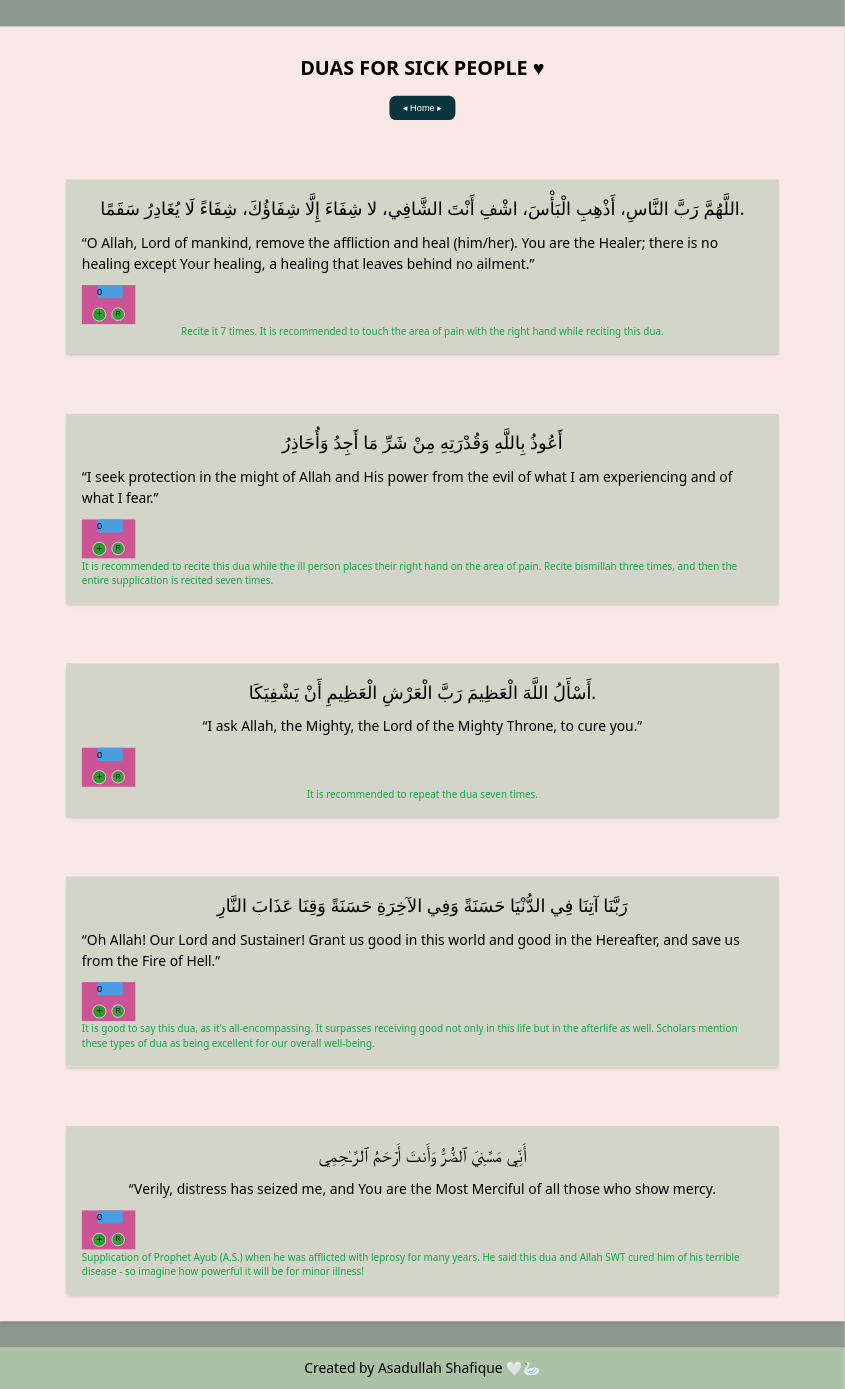
Repository: asadullah48/Duas_Diary
Page: /sick
These files come from the project's save history. The page is drawn as it stood at one moment and after the next save; the edit follows.
The browser window is 1280 px wide. The pictures show the whole page, at 66% of full size.
The project was rebuilt for these pictures with package versions that can differ from the ones it lists, and the page was loaded fresh each time. The framework's server and built-in components were replaced by stand-ins that run in the browser. Also part of the build but not shown: next.config.ts.

Above is the page before, as saved 2024-11-30 10:24:14.

### src/app/layout.tsx
import type { Metadata } from "next";
import localFont from "next/font/local";
import "./globals.css";
import Footer from "../components/footer";

const geistSans = localFont({
  src: "./fonts/GeistVF.woff",
  variable: "--font-geist-sans",
  weight: "100 900",
});
const geistMono = localFont({
  src: "./fonts/GeistMonoVF.woff",
  variable: "--font-geist-mono",
  weight: "100 900",
});

export const metadata: Metadata = {
  title: "Create Next App",
  description: "Generated by create next app",
};

export default function RootLayout({
  children,
}: Readonly<{
  children: React.ReactNode;
}>) {
  return (
    <html lang="en">
      <body
        className={`${geistSans.variable} ${geistMono.variable} antialiased`}
      >
        {children}
        <Footer/>
      </body>
    </html>
  );
}

### src/app/sick/page.tsx
import Link from "next/link";
import LightPinkSection from "@/components/props";
import Button from "@/components/button";

export default function Sick() {
  return (
    <div className="w-full h-auto bg-[#8D988D] flex justify-center items-center py-10">
      <div className="w-[95%] lg:w-[1300px] h-auto bg-[#F9E8E5] p-5 lg:p-10 rounded-md shadow-md">
        <div className="font-sans font-bold text-[24px] lg:text-[30px] text-black text-center mb-5">
          DUAS FOR SICK PEOPLE ♥
        </div>
        <Link href="/">
          <button className="bg-[#0c343d] text-white text-[12px] lg:text-[14px] mt-3 mb-5 mx-auto block rounded-[10px] px-5 py-2">
            ◂ Home ▸
          </button>
        </Link>

        {/* Dua Sections */}
        <LightPinkSection
          paragraph="اللَّهُمَّ رَبَّ النَّاسِ، أَذْهِبِ الْبَأْسَ، اشْفِ أَنْتَ الشَّافِي، لا شِفَاءَ إِلَّا شِفَاؤُكَ، شِفَاءً لَا يُغَادِرُ سَقَمًا."
          paragraph2="“O Allah, Lord of mankind, remove the affliction and heal (him/her). You are the Healer; there is no healing except Your healing, a healing that leaves behind no ailment.”"
          buttonText={<Button />}
          note="Recite it 7 times. It is recommended to touch the area of pain with the right hand while reciting this dua."
        />
        <LightPinkSection
          paragraph="أَعُوذُ بِاللَّهِ وَقُدْرَتِهِ مِنْ شَرِّ مَا أَجِدُ وَأُحَاذِرُ"
          paragraph2="“I seek protection in the might of Allah and His power from the evil of what I am experiencing and of what I fear.”"
          buttonText={<Button />}
          note="It is recommended to recite this dua while the ill person places their right hand on the area of pain. Recite bismillah three times, and then the entire supplication is recited seven times."
        />
        <LightPinkSection
          paragraph="أَسْأَلُ اللَّهَ الْعَظِيمَ رَبَّ الْعَرْشِ الْعَظِيمِ أَنْ يَشْفِيَكَا."
          paragraph2="“I ask Allah, the Mighty, the Lord of the Mighty Throne, to cure you.”"
          buttonText={<Button />}
          note="It is recommended to repeat the dua seven times."
        />
        <LightPinkSection
          paragraph="رَبَّنَا آتِنَا فِي الدُّنْيَا حَسَنَةً وَفِي الآخِرَةِ حَسَنَةً وَقِنَا عَذَابَ النَّارِ"
          paragraph2="“Oh Allah! Our Lord and Sustainer! Grant us good in this world and good in the Hereafter, and save us from the Fire of Hell.”"
          buttonText={<Button />}
          note="It is good to say this dua, as it's all-encompassing. It surpasses receiving good not only in this life but in the afterlife as well. Scholars mention these types of dua as being excellent for our overall well-being."
        />
        <LightPinkSection
          paragraph="أَنِّي مَسَّنِيَ ٱلضُّرُّ وَأَنتَ أَرۡحَمُ ٱلرَّـٰحِمِي"
          paragraph2="“Verily, distress has seized me, and You are the Most Merciful of all those who show mercy."
          buttonText={<Button />}
          note="Supplication of Prophet Ayub (A.S.) when he was afflicted with leprosy for many years. He said this dua and Allah SWT cured him of his terrible disease - so imagine how powerful it will be for minor illness!"
        />
      </div>
    </div>
  );
}

### src/components/footer.tsx
// components/Footer.tsx
export default function Footer() {
    return (
      <footer className="w-full bg-[#acc1a6] py-4">
        <div className="text-center text-black font-sans text-[17px] sm:text-[19px] lg:text-[21px]">
          Created by Asadullah Shafique 🤍🦢
        </div>
      </footer>
    );
  }

### src/components/props.tsx
import { ReactNode } from "react";

type SectionProps = {
  paragraph: string;
  buttonText: ReactNode;
  paragraph2: string;
  note: string; // Allows JSX elements, strings, or components
};

export default function LightPinkSection({
  paragraph,
  buttonText,
  paragraph2,
  note,
}: SectionProps) {
  return (
    <div className="w-[90%] bg-[#2680412f] p-6 rounded-lg mx-auto shadow-md mt-[90px]">
      <p className="text-black text-[27px] font-sans mb-4 flex justify-center">
        {paragraph}
      </p>
      <p className="text-black text-[21px] font-sans mb-4 flex justify-center">
        {paragraph2}
      </p>
      <div>{buttonText}</div>
      <p className="text-green-600 text-[15px] font-sans flex justify-center">
        {note}
      </p>
    </div>
  );
}

### src/components/button.tsx
"use client";

import { useState } from "react";

export default function Button() {
  // hook, event ke against ui ko update krna
  let [count, setcount] = useState(0); //returns array ik element hota hai jese yaha pr 0 hai  ik function aur jo function hota hai woh humari value hoti h
  console.log(count);

  const handleClick = () => {
    setcount(count + 1); //re-renders new value
  };

  const handleReset = () => {
    setcount(0); // reset back to 0
  };

  return (
    <div className="bg-[#c93888d0] w-[81px] h-[59px] flex flex-col items-center justify-between">
      <p className="text-black w-[39px] flex text-sm bg-[#4c9ce2] rounded ml-1">
        {count}
      </p>

      <div className="flex space-x-2 mt-2">
        <button
          onClick={handleClick}
          className="bg-[#2f992f] w-[21px] h-[21px] px-1 py-1 rounded-full border mt-1 mb-1 border-white flex items-center justify-center text-center"
        >
          +
        </button>

        {/* Reset Button */}
        <button
          onClick={handleReset}
          className="bg-[#419641] w-[20px] h-[20px] px-1 py-1 rounded-full border mt-1 mb-1 border-white flex items-center justify-center text-[10px] text-center"
        >
          R
        </button>
      </div>
    </div>
  );
}

Loaded but not shown: src/app/globals.css (common file); tailwind.config.ts (common file)

After the next save:
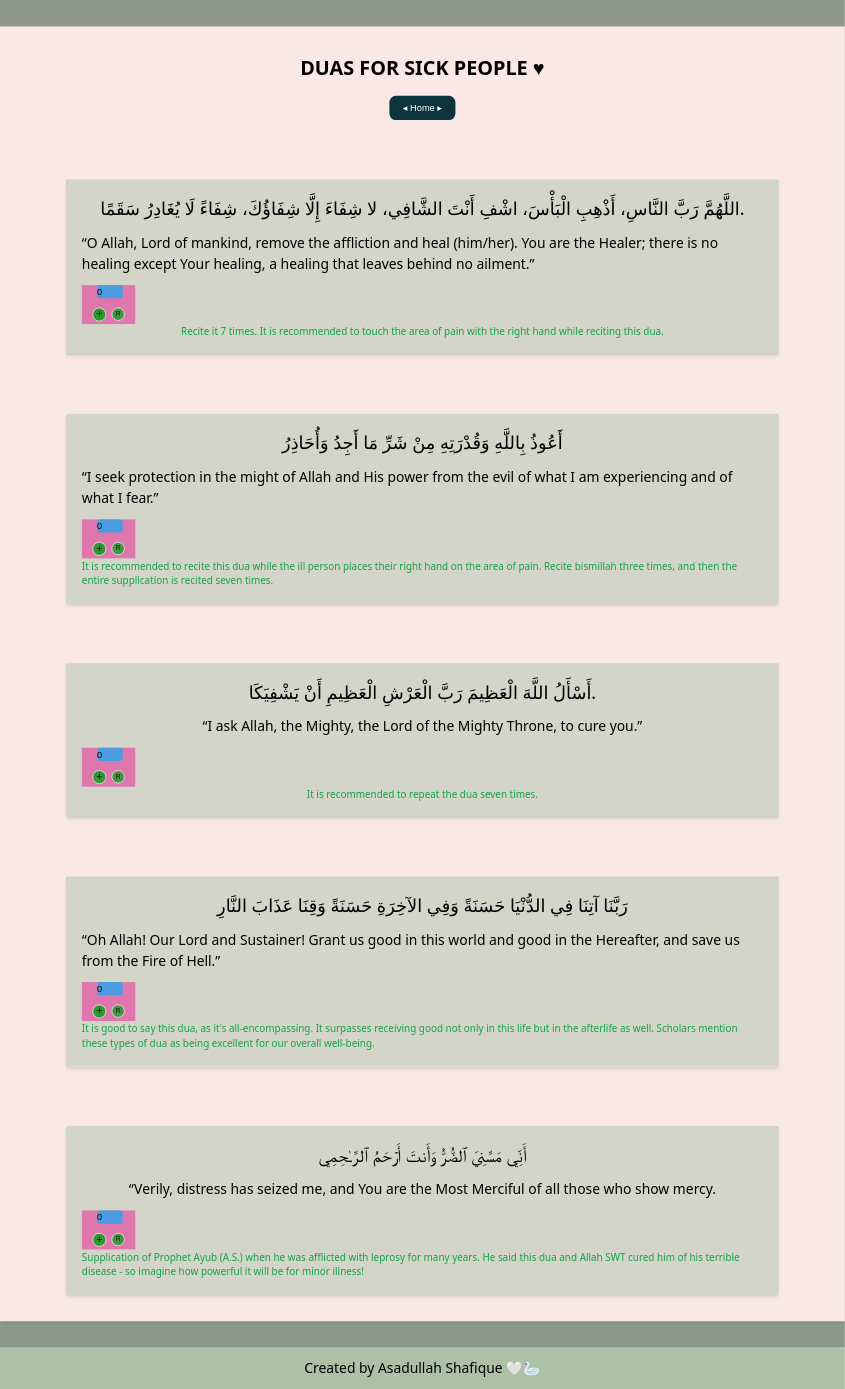
Saved 7 s later.
--- a/src/components/button.tsx
+++ b/src/components/button.tsx
@@ -16,7 +16,7 @@ export default function Button() {
   };
 
   return (
-    <div className="bg-[#c93888d0] w-[81px] h-[59px] flex flex-col items-center justify-between">
+    <div className="bg-[#e261a8d0] w-[81px] h-[59px] flex flex-col items-center justify-between">
       <p className="text-black w-[39px] flex text-sm bg-[#4c9ce2] rounded ml-1">
         {count}
       </p>
